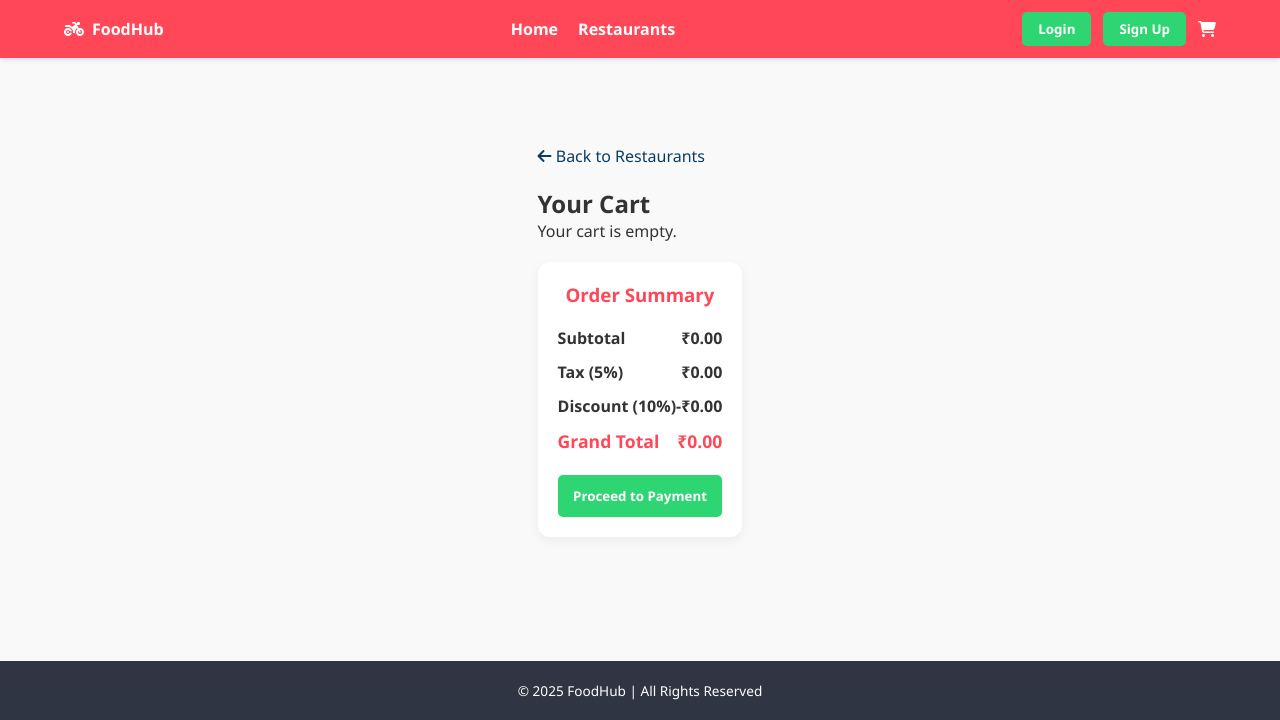
Repository: srinithiashoka/FoodDeliveryApp
Page: http://localhost/FoodDeliveryApp/cart.jsp
The author's editor kept a copy of each file at every save. The page is drawn from the files as they stood at one save, then again after the next save.
The browser window is 1280 px wide. The pictures show the whole page.
The page is served by Tomcat 10. Queries for data that is not in the repository find no rows.

Above is the page before, as saved 2025-12-03 10:42:08.

After the next save:
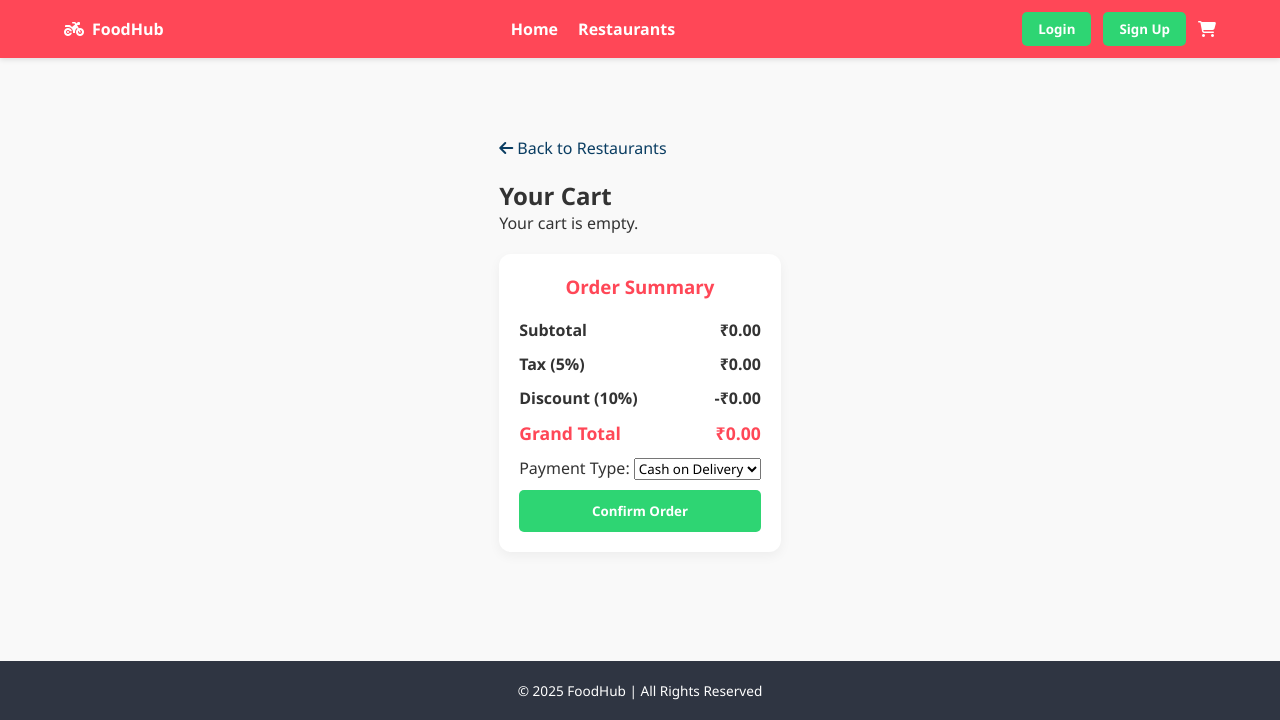
Saved 3 min 39 s later.
--- a/FoodDeliveryApp/src/main/webapp/cart.jsp
+++ b/FoodDeliveryApp/src/main/webapp/cart.jsp
@@ -30,7 +30,6 @@
 </head>
 <body>
 
-<!-- HEADER -->
 <header>
     <div class="container">
         <div class="navbar">
@@ -62,7 +61,6 @@
     </div>
 </header>
 
-<!-- CART -->
 <div class="cart-container">
     <a href="home.jsp" class="back-link"><i class="fa fa-arrow-left"></i> Back to Restaurants</a>
     <h2>Your Cart</h2>
@@ -73,7 +71,8 @@
         for(CartItem item : cartItems){ %>
             <div class="cart-item">
                 <div class="cart-image">
-                    <img src="<%= (item.getFoodImage()!=null && !item.getFoodImage().isEmpty()) ? item.getFoodImage() : "images/default-food.jpg" %>" alt="<%= item.getFoodName() %>">
+                    <!-- Fix image path: make it relative to webapp folder -->
+                    <img src="<%= (item.getFoodImage()!=null && !item.getFoodImage().isEmpty()) ? ("images/" + item.getFoodImage()) : "images/default-food.jpg" %>" alt="<%= item.getFoodName() %>">
                 </div>
                 <div class="cart-content">
                     <div class="cart-header">
@@ -90,24 +89,32 @@
             </div>
     <% }} %>
 
-    <!-- SUMMARY -->
+    <!-- SUMMARY & PAYMENT -->
     <div class="cart-summary">
         <h3>Order Summary</h3>
         <div class="summary-row">Subtotal <span id="subtotal">₹<%= String.format("%.2f", subtotal) %></span></div>
         <div class="summary-row">Tax (5%) <span id="tax">₹<%= String.format("%.2f", tax) %></span></div>
         <div class="summary-row">Discount (10%) <span id="discount">-₹<%= String.format("%.2f", discount) %></span></div>
         <div class="summary-row grand-total">Grand Total <span id="grandTotal">₹<%= String.format("%.2f", grandTotal) %></span></div>
-        <button class="checkout-btn">Proceed to Payment</button>
+
+        <!-- Payment Type -->
+        <div class="payment-method">
+            <label for="paymentType">Payment Type:</label>
+            <select id="paymentType">
+                <option value="COD">Cash on Delivery</option>
+                <option value="Online">Online Payment</option>
+            </select>
+        </div>
+
+        <button class="checkout-btn">Confirm Order</button>
     </div>
 </div>
 
-<!-- FOOTER -->
 <footer>
     <p>© 2025 FoodHub | All Rights Reserved</p>
 </footer>
 
 <script>
-// Update totals dynamically
 function updateTotals() {
     let subtotal = 0;
     document.querySelectorAll('.cart-item').forEach(item => {
@@ -125,7 +132,6 @@ function updateTotals() {
     document.getElementById('grandTotal').textContent = '₹' + grandTotal.toFixed(2);
 }
 
-// Quantity & Remove buttons
 document.querySelectorAll('.cart-item').forEach(item => {
     const qtyInput = item.querySelector('.quantity-input');
     item.querySelector('.increase').addEventListener('click', () => {
